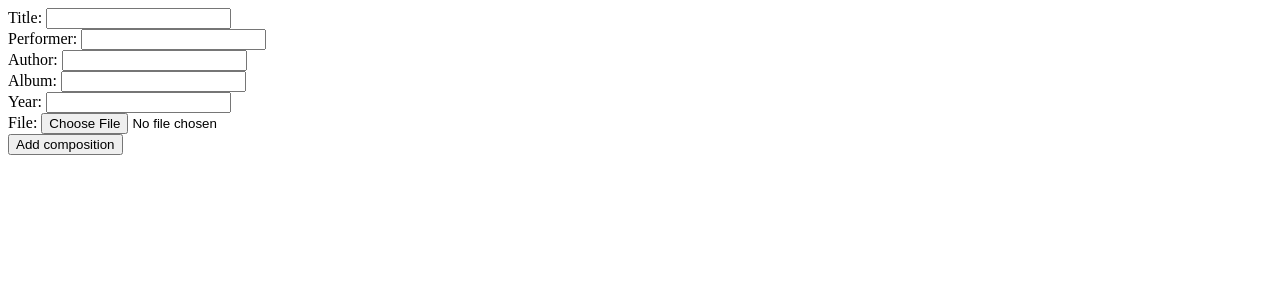
Repository: fmol2y/MusicMax
Page: http://localhost/MusicMax/newcomposition.jsp
The author's editor kept a copy of each file at every save. The page is drawn from the files as they stood at one save, then again after the next save.
The browser window is 1280 px wide. The pictures show the whole page.
The page is served by Tomcat 9.

Above is the page before, as saved 2016-04-25 19:01:11.

After the next save:
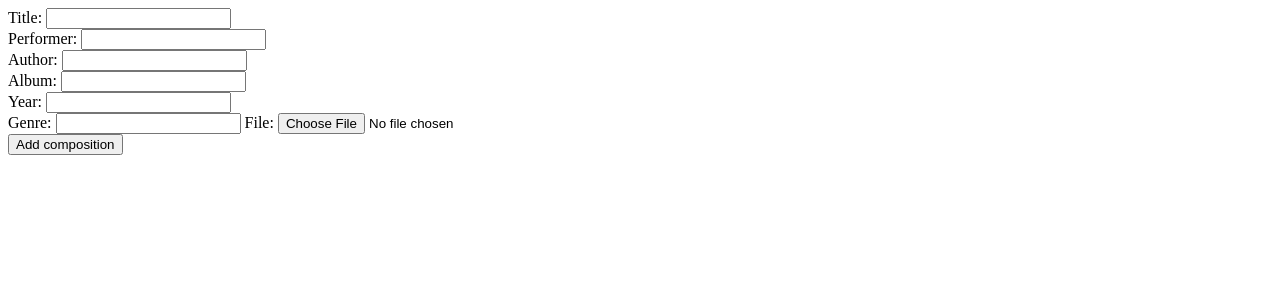
Saved 4 min 20 s later.
--- a/MusicMax/src/main/webapp/newcomposition.jsp
+++ b/MusicMax/src/main/webapp/newcomposition.jsp
@@ -13,6 +13,7 @@
 		Author: <input type="text" name="author"><br>
 		Album: <input type="text" name="album"><br>
 		Year: <input type="text" name="year"><br>
+		Genre: <input type="text" name="genre">
 		File: <input type="file" name="file"><br>
 		<input type="submit" value="Add composition">
 	</form>
